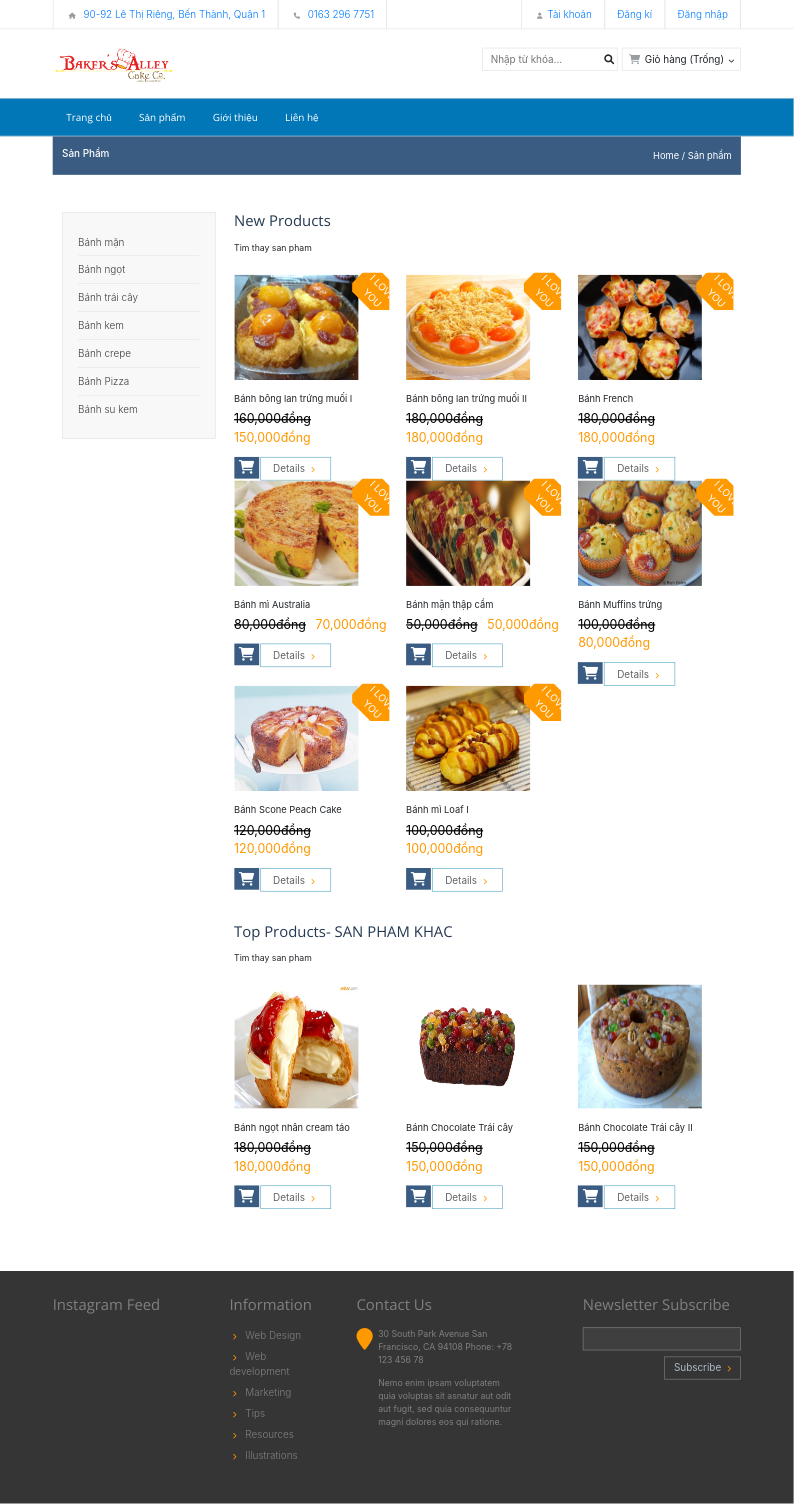
Repository: thidieu2005/Cake-Shop
Page: http://localhost/type-product/1
An editor plug-in stored every save of this project. The page is shown before and after the next save, followed by the edit.
The browser window is 1280 px wide. The pictures show the whole page, at 62% of full size.
Some web fonts or font styles are not loaded; a fallback is used. Some web libraries are served in a nearby version. The page is served by the project's Laravel application, run on PHP 8.4 with Laravel 10. The database holds what the project's SQL file puts in it.

Above is the page before, as saved 2025-03-18 08:41:02.

After the next save:
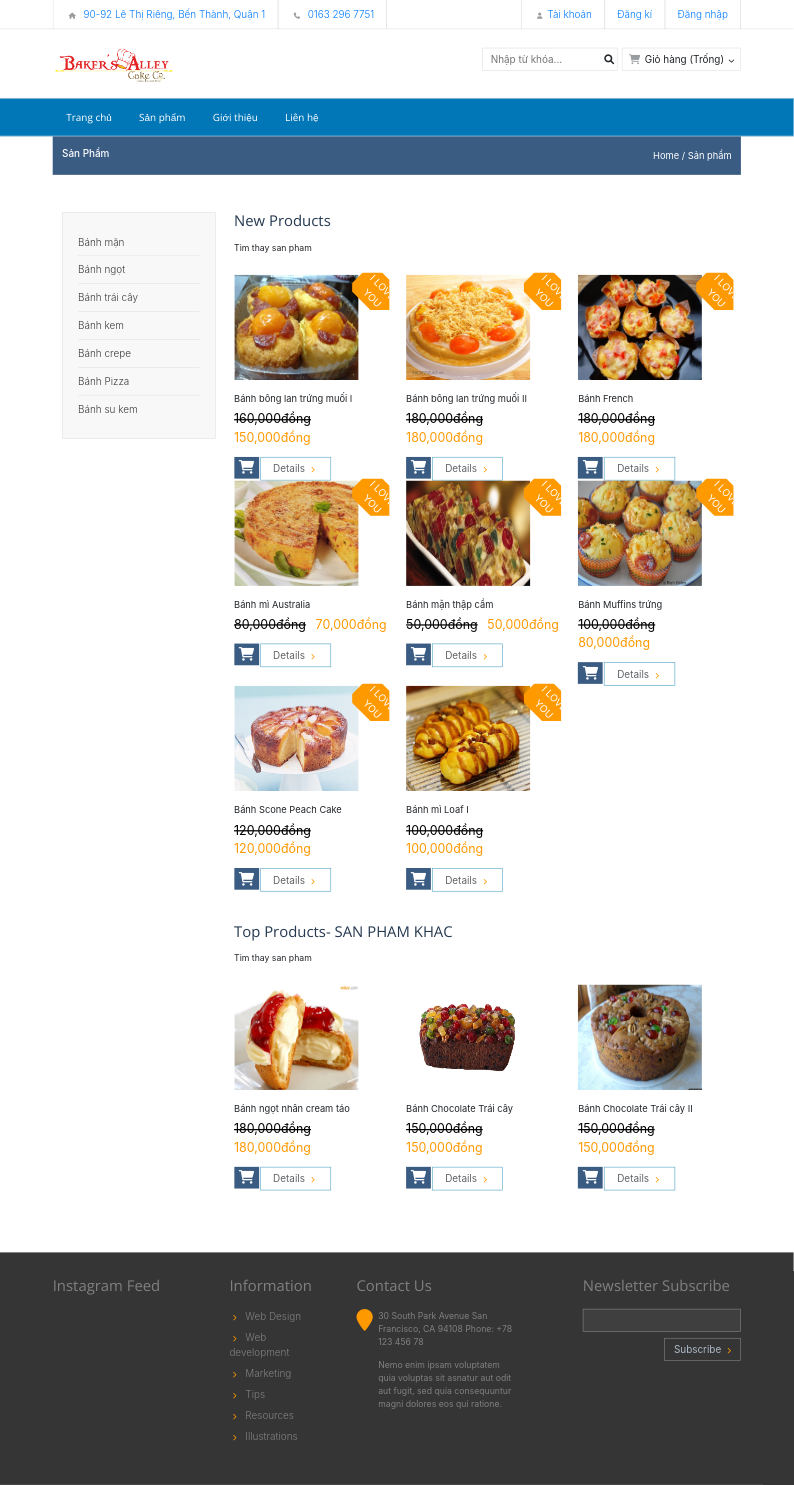
Saved 7 s later.
--- a/resources/views/page/loai_sanpham.blade.php
+++ b/resources/views/page/loai_sanpham.blade.php
@@ -106,7 +106,7 @@
                             <div class="col-sm-4">
                                 <div class="single-item">
                                     <div class="single-item-header">
-                                        <a href="product.html"><img width="200" height="200" src="/source/image/product/{{$sp_khac->image}}" alt=""></a>
+                                        <a href="product.html"><img width="200" height="170" src="/source/image/product/{{$sp_khac->image}}" alt=""></a>
                                     </div>
                                     <div class="single-item-body" style="font-size: 18px">
                                         <p class="single-item-title">{{$sp_khac->name}}</p>
